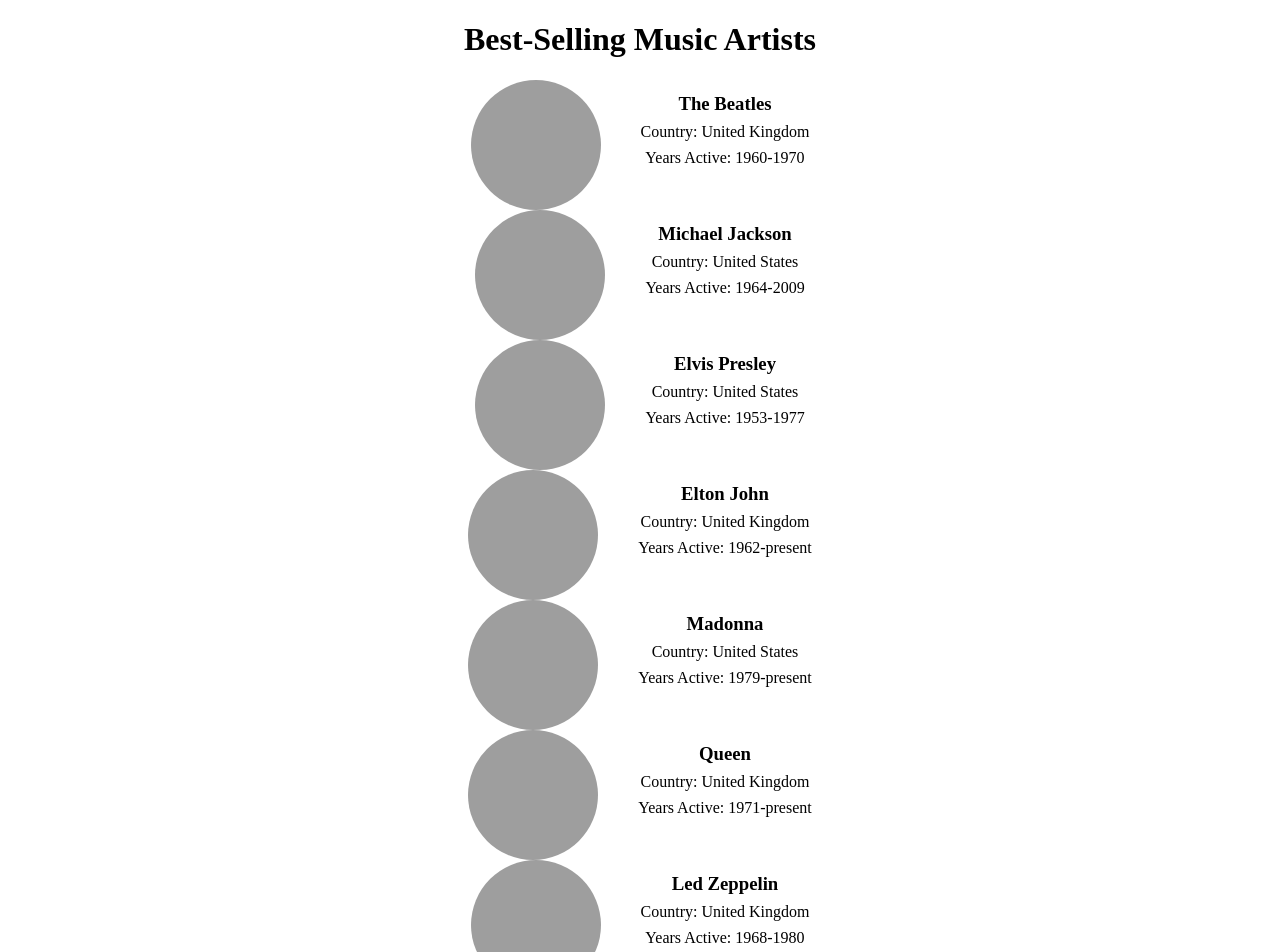
Repository: SamanthaYan298/my_artists
Page: /
These files come from the project's save history. The page is drawn as it stood at one moment and after the next save; the edit follows.
The browser window is 1280 px wide. The pictures show the part of the page from y = 0 to 952 px (the page is 1388 px tall).
Pictures or frames that could not be fetched are drawn as grey boxes. The project was rebuilt for these pictures with package versions that can differ from the ones it lists, and the page was loaded fresh each time. Also part of the build but not shown: vite.config.js.

Above is the page before, as saved 2024-09-16 18:16:03.

### src/App.jsx
import { artists } from './best-selling-music-artists';
import ArtistDetails from './components/ArtistDetails';
import Layout from './components/Layout';

function App() {

  const artistsInfo = artists.map(artists => <ArtistDetails key={artists.name} artists={artists}/>)

  return (
    <Layout>
      <div className="app">
        <div>
          <h1>Best-Selling Music Artists</h1>
        </div>
        {artistsInfo}
      </div>
    </Layout>
  );
}

export default App;

### src/index.css
.layout {
    align-items: center;
    text-align: center;
}

.main-containter {
    display: flex;
    flex-direction: row;
    justify-content: center;
    gap: 40px;
    line-height: 10px;
}

### src/best-selling-music-artists.js
export const artists = [
    {
        name: 'The Beatles',
        photo_url: "https://upload.wikimedia.org/wikipedia/commons/9/9f/Beatles_ad_1965_just_the_beatles_crop.jpg",
        country: "United Kingdom",
        years_active: "1960-1970",
    },
    {
        name: 'Michael Jackson',
        photo_url: "https://upload.wikimedia.org/wikipedia/commons/8/83/Michael_Jackson_Dangerous_World_Tour_1993_cropped.png",
        country: "United States",
        years_active: "1964-2009",
    },
    {
        name: 'Elvis Presley',
        photo_url: "https://upload.wikimedia.org/wikipedia/commons/1/16/Elvis_Presley_1973_RCA_Records_and_Tapes_publicity_2_-_cropped.png",
        country: "United States",
        years_active: "1953-1977",
    },
    {
        name: 'Elton John',
        photo_url: "https://upload.wikimedia.org/wikipedia/commons/7/74/Elton_John_1980.png",
        country: "United Kingdom",
        years_active: "1962-present",
    },
    {
        name: 'Madonna',
        photo_url: "https://upload.wikimedia.org/wikipedia/commons/4/47/Madonna_II_A_1_%28cropped%29.jpg",
        country: "United States",
        years_active: "1979-present",
    },
    {
        name: 'Queen',
        photo_url: "https://upload.wikimedia.org/wikipedia/commons/a/ac/FreddieMercuryNov1977.jpg",
        country: "United Kingdom",
        years_active: "1971-present",
    },
    {
        name: 'Led Zeppelin',
        photo_url: "https://upload.wikimedia.org/wikipedia/commons/c/cc/Robert_Plant_at_the_Palace_Theatre%2C_Manchester.jpg",
        country: "United Kingdom",
        years_active: "1968-1980",
    },
    {
        name: 'Rihanna',
        photo_url: "https://upload.wikimedia.org/wikipedia/commons/b/b3/Rihanna_concert_in_Washington_DC_%28cropped%29.jpg",
        country: "Barbados",
        years_active: "2003-present",
    },
    {
        name: 'Pink Floyd',
        photo_url: "https://upload.wikimedia.org/wikipedia/commons/f/f2/David_Gilmour_Argentina_2015_%28cropped%29.jpg",
        country: "United Kingdom",
        years_active: "1965-2014",
    },
    {
        name: 'The Rolling Stones',
        photo_url: "https://upload.wikimedia.org/wikipedia/commons/0/06/Keith_Richards%2C_Mick_Jagger_performing_with_Rolling_Stones_at_Prudential_Center_2012-12-13.jpg",
        country: "United Kingdom",
        years_active: "1962-present",
    },
];

### src/components/ArtistDetails.jsx
function ArtistDetails(props) {

    const {artists} = props;

    return (
        <div className="main-containter">
            <div className="photos">
                <img
                    src={artists.photo_url}
                    alt={artists.name}
                    style={{
                        width: '130px',
                        height: '130px',
                        borderRadius: '50%',
                        objectFit: 'cover'
                    }}
                />
            </div>
            <div className="info">
            <h3>{artists.name}</h3>
            <p>Country: {artists.country}</p>
            <p>Years Active: {artists.years_active}</p>
            </div>
        </div>
    )
}

export default ArtistDetails;

### src/components/Layout.jsx
export default function Layout(props) {
    return (
        <div className="layout">
            {props.children}
        </div>
    )
}

Loaded but not shown: index.html (common file); src/main.jsx (common file)

After the next save:
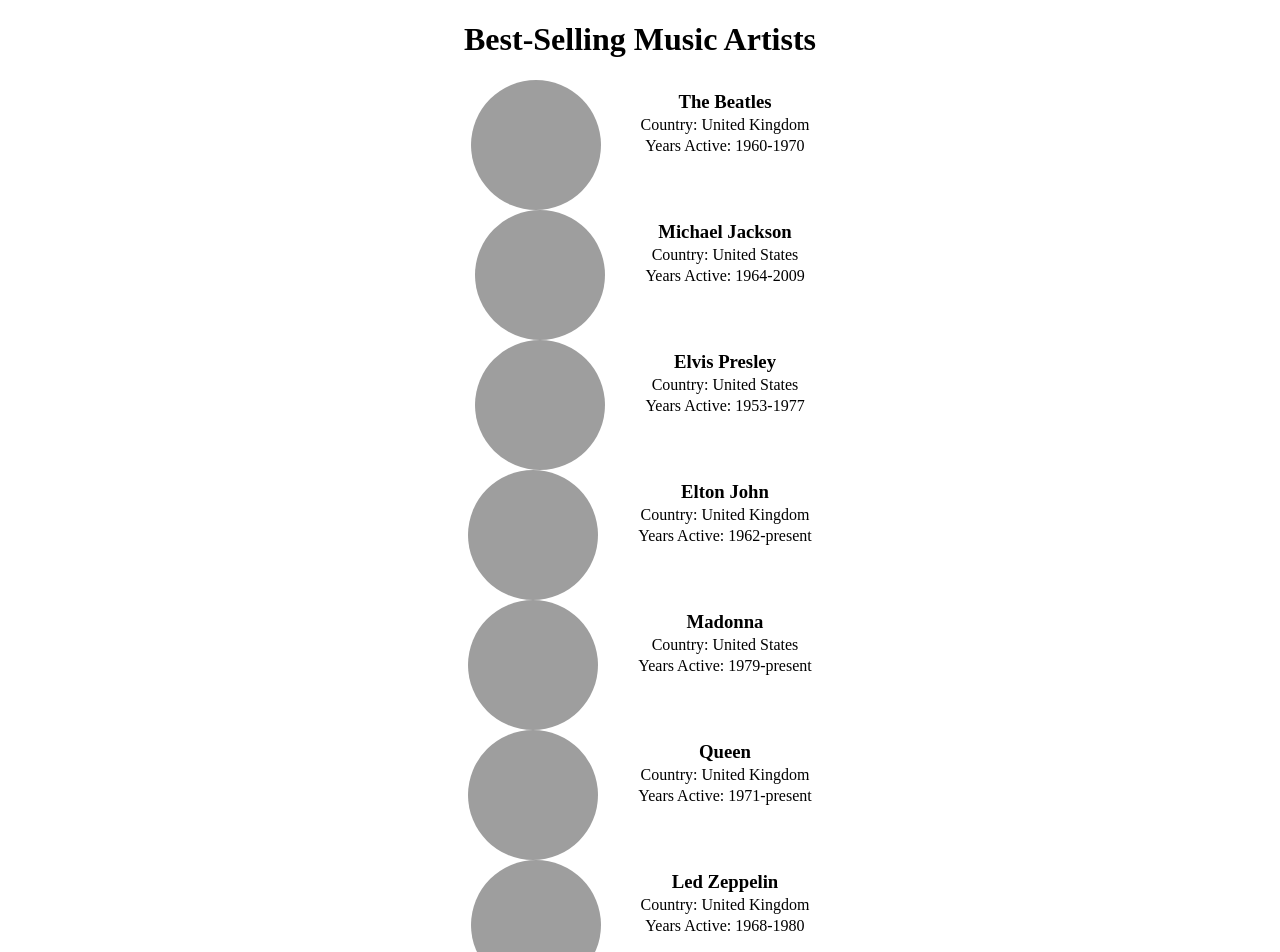
Saved 10 s later.
--- a/src/index.css
+++ b/src/index.css
@@ -8,5 +8,5 @@
     flex-direction: row;
     justify-content: center;
     gap: 40px;
-    line-height: 10px;
+    line-height: 5px;
 }
